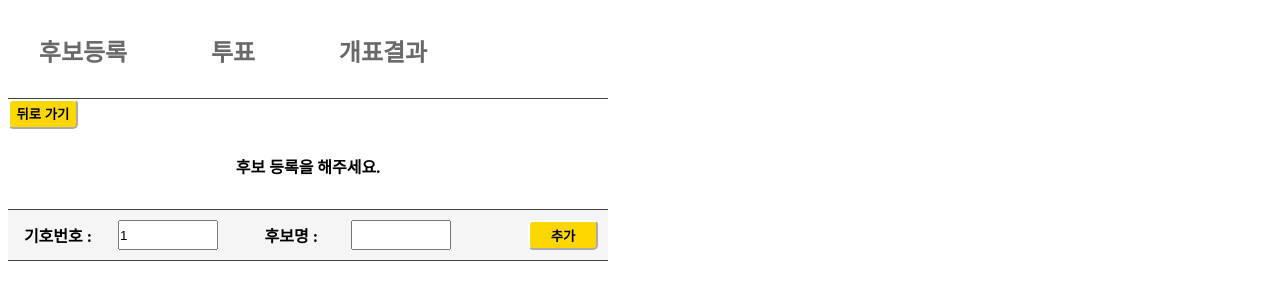
Repository: noheul1030/KOPO-HTML
Page: http://localhost/Tupyo/Tupyo/A_01_H.jsp
An editor plug-in stored every save of this project. The page is shown before and after the next save, followed by the edit.
The browser window is 1280 px wide. The pictures show the whole page.
The page is served by Tomcat 9. Queries for data that is not in the repository find no rows.

Above is the page before, as saved 2023-06-04 05:29:16.

### Tupyo/src/main/webapp/Tupyo/A_01_H.jsp
<meta http-equiv="Content-Type" content="text/html; charset=utf-8" />

<%@ page language="java" contentType="text/html; charset=UTF-8" %>

<%@ page import="java.util.*" %> <!--java import-->
<%@ page import="java.io.*"%> <!--java import-->
<%@ page import="java.sql.*"%> <!--java import-->

<html>
    <head>
    	<style>
    		table {
    			text-align: center;
   				border: 0;
   				solid black;
   				width: 600px;
   				border-collapse: collapse;
   				cellspacing="1"}
    		th, td {
		    border-bottom: 1px solid #444444;
		    padding: 10px;
			}
			th:first-child, td:first-child {
			  border-left: none;
			}
    		a {text-decoration-line: none;  color: #696969;}
			h2:hover {
			 box-shadow: 0 0 40px 40px #ffd700 inset;
			}
    		h2,h4 {margin-top: 15px; text-align: center;}
    		.fourth {
			  background: gold;
			  border-color: white;
			  color: black;
			  background-image: linear-gradient(45deg, yellow 50%, transparent 50%);
			  background-position: 100%;
			  background-size: 400%;
			  transition: background 300ms ease-in-out;
			  border-radius: 5px;
			}

			.fourth:hover {
			  background-position: 0;
			}
    	</style>
    </head>
    <body>
<%
   		// DB연동
        Class.forName("com.mysql.jdbc.Driver");
		//Connection conn = DriverManager.getConnection("jdbc:mysql://192.168.23.60:3307/kopo11","root","shdmf1030@");
		Connection conn = DriverManager.getConnection("jdbc:mysql://localhost:3306/noheul","root","shdmf1030@");
        Statement stmt = conn.createStatement();

        stmt.execute("create table IF not exists HuboDB("
        + "name varchar(20)," // 타입 char
        + "id int not null primary key,"
        + "age varchar(20)) default charset = utf8;"); // 타입 int utf8로 작성 디폴트

		Statement stmt2 = conn.createStatement();

		stmt2.execute("create table IF not exists TupyoDB("
		        + "hubo varchar(20) not null," // 타입 char
		        + "age varchar(20)) default charset = utf8;"); // 타입 int utf8로 작성 디폴트

        // ID칼럼의 전체 count 조회
		ResultSet total = stmt.executeQuery("select count(*) from HuboDB where id;");
		int totalcnt = 0;
		while(total.next()){
			totalcnt = total.getInt(1);
		}

		// ID 최소값은 1
		int minID = 1;

		// ID칼럼의 count가 0일때(아직 아무 값도 안들어왔다는 뜻)
		if(totalcnt == 0){
			ResultSet idcount = stmt.executeQuery("select min(id) as minNum from HuboDB where (id+1) not in (select id from HuboDB);");

			while(idcount.next()){
				minID = idcount.getInt(1)+1;
			}
		}else{	// ID칼럼의 count가 0이 아닐때(값이 들어있다는 뜻)
			// ID칼럼의 전체 값 조회
			ResultSet idcount2 = stmt.executeQuery("select id from HuboDB");

			while (idcount2.next()) {
			    int currentID = idcount2.getInt("id"); // 현재 가져온 id 값
				// ID최소값과 currentID의 값이 일치하면 순서대로 있는 ID값 이므로 통과
			    if (minID == currentID) {
			    	minID++; // 다음 기대하는 id 값으로 업데이트
			    } else { // 칼럼 순회 중간에 빠진 값을 찾았으므로 break;
			        break;
			    }
			}
		}

%>
	  	<table>
    		<tr>
    			<td width = 25%><a align = center id="update" href="A_01_H.jsp" target="content"><h2>후보등록</h2></a></td>
    			<td width = 25%><a align = center id="vote" href="B_01_H.jsp" target="content"><h2>투표</h2></a></td>
    			<td width = 25%><a align = center id="result" href="C_01_H.jsp" target="content"><h2>개표결과</h2></a></td>
    			<td width = 25%></td>
    		</tr>
		</table>
		<form method = 'post'>
		<table>
			<tr><td colspan="5"><h4>후보 등록을 해주세요.</h4></td>
				<input class="fourth" type="submit" value="뒤로 가기" style="width: 70px; height: 30px; padding: 0px;font-weight: bold;" formaction = 'A_03_H.jsp'></td>
			</tr>
			<tr>
				<td bgcolor=#f5f5f5 width=15% ><strong>기호번호 :</strong></td>

				<td bgcolor=#f5f5f5 align=left width=20% ><input type='text' name='HuboID' value='<%=minID%>'readonly style="width: 100px; height: 30px; padding: 0px;"></td>

				<td bgcolor=#f5f5f5 width=15% ><strong>후보명 :</strong></td>

				<td bgcolor=#f5f5f5 align=left width=20% ><input type='text' pattern="^[가-힣]+$" name="name" value='' title="한글만 입력하세요." required style="width: 100px; height: 30px; padding: 0px;"></td>

				<td bgcolor=#f5f5f5 align=right width = 20%>
  				<input class="fourth" type="submit" value="추가" align=right style="width: 70px; height: 30px; padding: 0px;font-weight: bold;" formaction = 'A_03_H.jsp'></td>
			</tr>
		</table>
		</form>
    </body>
</html>

After the next save:
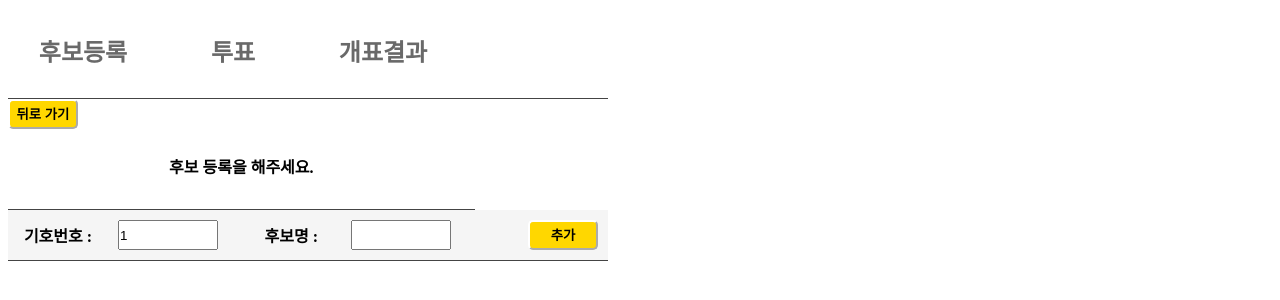
Saved 27 s later.
--- a/Tupyo/src/main/webapp/Tupyo/A_01_H.jsp
+++ b/Tupyo/src/main/webapp/Tupyo/A_01_H.jsp
@@ -106,7 +106,7 @@
 		</table>
 		<form method = 'post'>
 		<table>
-			<tr><td colspan="5"><h4>후보 등록을 해주세요.</h4></td>
+			<tr><td colspan="4"><h4>후보 등록을 해주세요.</h4></td>
 				<input class="fourth" type="submit" value="뒤로 가기" style="width: 70px; height: 30px; padding: 0px;font-weight: bold;" formaction = 'A_03_H.jsp'></td>
 			</tr>
 			<tr>
